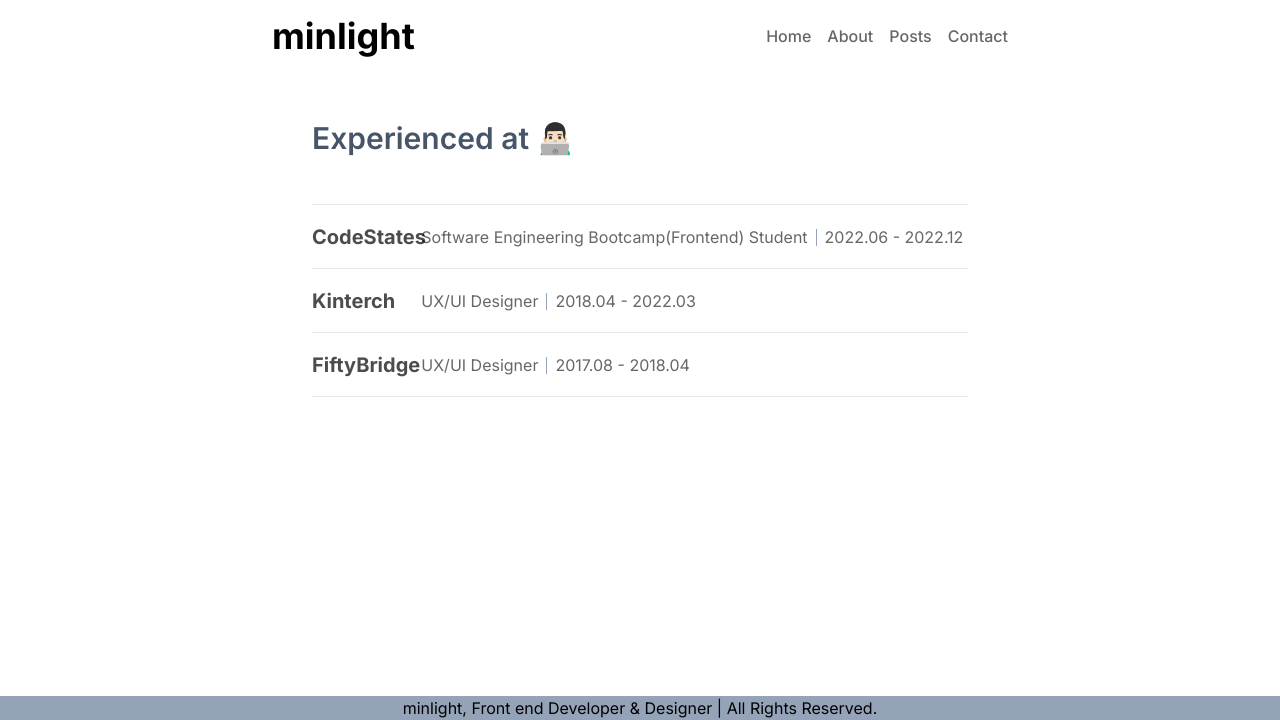
Repository: kwngmin/minlight-blog
Page: /about
These files come from the project's save history. The page is drawn as it stood at one moment and after the next save; the edit follows.
The browser window is 1280 px wide. The pictures show the whole page.
The project was rebuilt for these pictures with package versions that can differ from the ones it lists, and the page was loaded fresh each time. The framework's server and built-in components were replaced by stand-ins that run in the browser. Also part of the build but not shown: next.config.js.

Above is the page before, as saved 2023-04-01 00:52:01.

### src/app/layout.tsx
import Footer from "@/components/Footer";
import "./globals.css";
import { Inter } from "next/font/google";
import Header from "@/components/Header";

const inter = Inter({ subsets: ["latin"] });

export const metadata = {
  title: "Create Next App",
  description: "Generated by create next app",
};

export default function RootLayout({
  children,
}: {
  children: React.ReactNode;
}) {
  return (
    <html lang="en" className={inter.className}>
      <body className="flex flex-col w-full">
        <Header />
        <main className="grow px-4 pb-8 max-w-screen-lg mx-auto">
          {children}
        </main>
        <Footer />
      </body>
    </html>
  );
}

### src/app/about/page.tsx
export default function AboutPage() {
  const careerData = [
    {
      company: "CodeStates",
      role: "Software Engineering Bootcamp(Frontend) Student",
      period: "2022.06 - 2022.12",
    },
    {
      company: "Kinterch",
      role: "UX/UI Designer",
      period: "2018.04 - 2022.03",
    },
    {
      company: "FiftyBridge",
      role: "UX/UI Designer",
      period: "2017.08 - 2018.04",
    },
  ];
  return (
    <article>
      <h2 className="text-3xl font-semibold text-slate-600 border-b py-12">
        Experienced at 👨🏻‍💻
      </h2>
      <ul>
        {careerData.map(({ company, role, period }) => (
          <li key={company} className="flex items-center h-16 border-b">
            <h3 className="font-bold text-xl w-1/6 text-black/70">{company}</h3>
            <p className="text-black/60">
              {role}
              <span className="border-l text-sm mx-2 border-slate-400" />
              {period}
            </p>
          </li>
        ))}
      </ul>
    </article>
  );
}

### src/components/Footer.tsx
export default function Footer() {
  return (
    <p className="bg-slate-400 text-center">
      minlight, Front end Developer & Designer | All Rights Reserved.
    </p>
  );
}

### src/app/globals.css
@tailwind base;
@tailwind components;
@tailwind utilities;

* {
  box-sizing: border-box;
  padding: 0;
  margin: 0;
}

html,
body {
  height: 100vh;
  overflow-y: auto;
}

/*
:root {
  --max-width: 1100px;
  --border-radius: 12px;
  --font-mono: ui-monospace, Menlo, Monaco, "Cascadia Mono", "Segoe UI Mono",
    "Roboto Mono", "Oxygen Mono", "Ubuntu Monospace", "Source Code Pro",
    "Fira Mono", "Droid Sans Mono", "Courier New", monospace;

  --foreground-rgb: 0, 0, 0;
  --background-start-rgb: 214, 219, 220;
  --background-end-rgb: 255, 255, 255;

  --primary-glow: conic-gradient(
    from 180deg at 50% 50%,
    #16abff33 0deg,
    #0885ff33 55deg,
    #54d6ff33 120deg,
    #0071ff33 160deg,
    transparent 360deg
  );
  --secondary-glow: radial-gradient(
    rgba(255, 255, 255, 1),
    rgba(255, 255, 255, 0)
  );

  --tile-start-rgb: 239, 245, 249;
  --tile-end-rgb: 228, 232, 233;
  --tile-border: conic-gradient(
    #00000080,
    #00000040,
    #00000030,
    #00000020,
    #00000010,
    #00000010,
    #00000080
  );

  --callout-rgb: 238, 240, 241;
  --callout-border-rgb: 172, 175, 176;
  --card-rgb: 180, 185, 188;
  --card-border-rgb: 131, 134, 135;
}

@media (prefers-color-scheme: dark) {
  :root {
    --foreground-rgb: 255, 255, 255;
    --background-start-rgb: 0, 0, 0;
    --background-end-rgb: 0, 0, 0;

    --primary-glow: radial-gradient(rgba(1, 65, 255, 0.4), rgba(1, 65, 255, 0));
    --secondary-glow: linear-gradient(
      to bottom right,
      rgba(1, 65, 255, 0),
      rgba(1, 65, 255, 0),
      rgba(1, 65, 255, 0.3)
    );

    --tile-start-rgb: 2, 13, 46;
    --tile-end-rgb: 2, 5, 19;
    --tile-border: conic-gradient(
      #ffffff80,
      #ffffff40,
      #ffffff30,
      #ffffff20,
      #ffffff10,
      #ffffff10,
      #ffffff80
    );

    --callout-rgb: 20, 20, 20;
    --callout-border-rgb: 108, 108, 108;
    --card-rgb: 100, 100, 100;
    --card-border-rgb: 200, 200, 200;
  }
}

* {
  box-sizing: border-box;
  padding: 0;
  margin: 0;
}

html,
body {
  max-width: 100vw;
  overflow-x: hidden;
}

body {
  color: rgb(var(--foreground-rgb));
  background: linear-gradient(
      to bottom,
      transparent,
      rgb(var(--background-end-rgb))
    )
    rgb(var(--background-start-rgb));
}

a {
  color: inherit;
  text-decoration: none;
}

@media (prefers-color-scheme: dark) {
  html {
    color-scheme: dark;
  }
} */

### src/components/Header.tsx
import Link from "next/link";

const navData = [
  { name: "Home", path: "/" },
  { name: "About", path: "/about" },
  { name: "Posts", path: "/posts" },
  { name: "Contact", path: "/contact" },
];

export default function Header() {
  return (
    <div className="w-full flex justify-between items-center p-4 mx-auto max-w-screen-md">
      <Link href="/">
        <h1 className="text-4xl font-bold">minlight</h1>
      </Link>
      <nav className="flex gap-4">
        {navData.map(({ name, path }) => (
          <Link
            href={path}
            key={path}
            className="text-black/60 hover:text-black font-medium hover:underline decoration-slate-400 hover:decoration-4 underline-offset-8"
          >
            {name}
          </Link>
        ))}
      </nav>
    </div>
  );
}

### tailwind.config.js
/** @type {import('tailwindcss').Config} */
module.exports = {
  content: ["./src/**/*.{js,ts,jsx,tsx}"],
  theme: {
    extend: {},
  },
  plugins: [require("@tailwindcss/typography")],
};

After the next save:
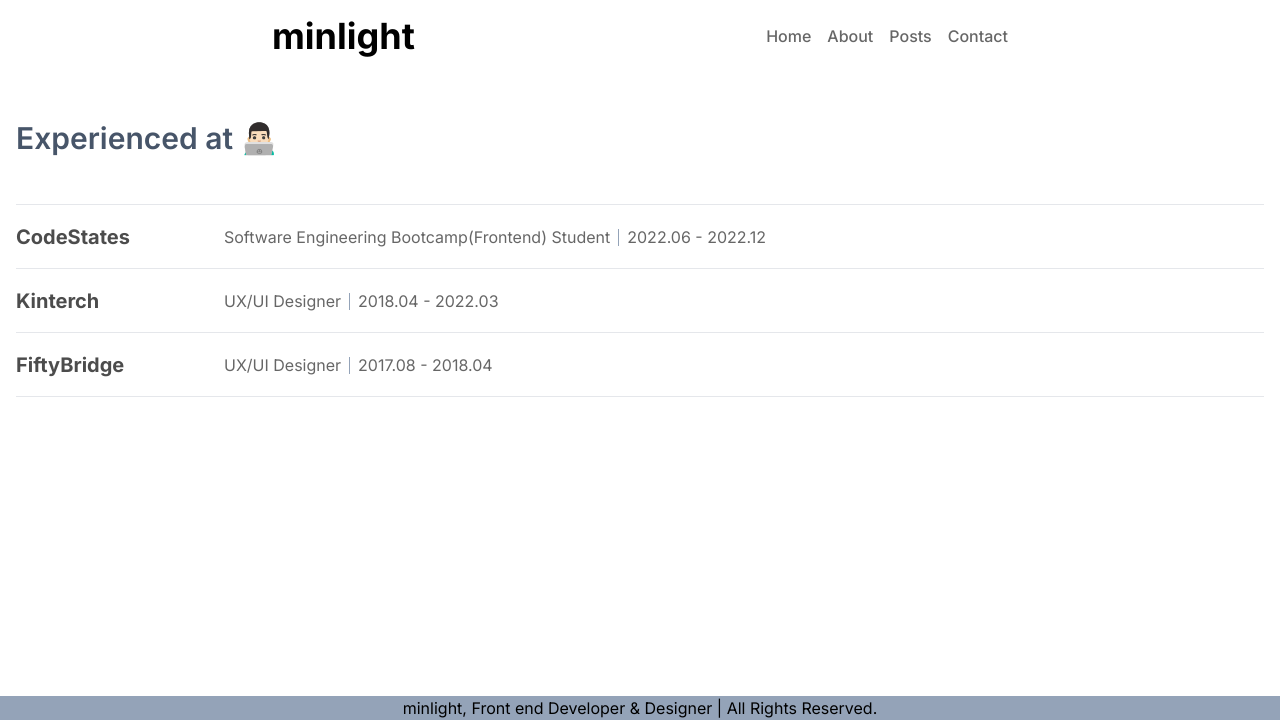
Saved 116 s later.
--- a/src/app/layout.tsx
+++ b/src/app/layout.tsx
@@ -19,9 +19,7 @@ export default function RootLayout({
     <html lang="en" className={inter.className}>
       <body className="flex flex-col w-full">
         <Header />
-        <main className="grow px-4 pb-8 max-w-screen-lg mx-auto">
-          {children}
-        </main>
+        <main className="grow px-4 pb-8">{children}</main>
         <Footer />
       </body>
     </html>
